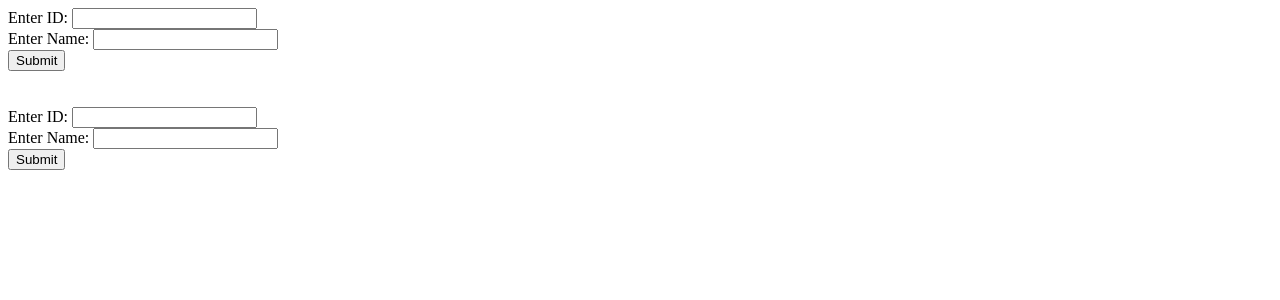
Repository: gobsyats/SpringBootWebJPA
Page: http://localhost/SpringBootJPA/home.jsp
The author's editor kept a copy of each file at every save. The page is drawn from the files as they stood at one save, then again after a run of saves.
The browser window is 1280 px wide. The pictures show the whole page.
The page is served by Tomcat 9.

Above is the page before, as saved 2020-02-14 06:33:26.

After the next 2 saves:
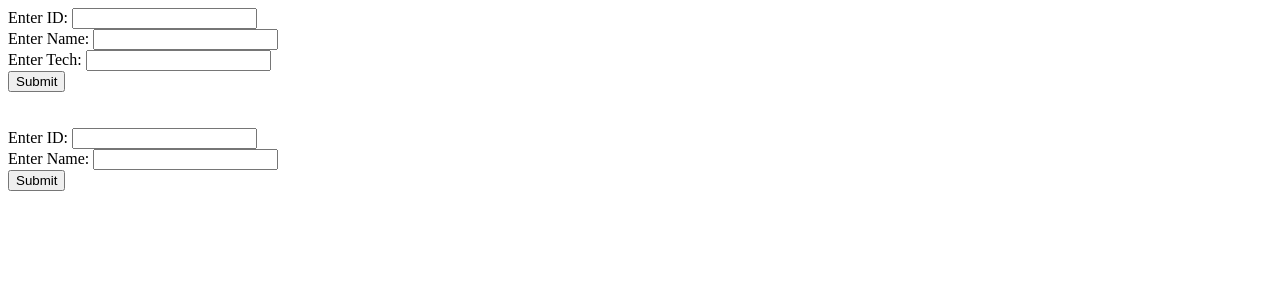
The 2 saves are shown as one change because they came seconds apart.
The last was saved 23 s later.
--- a/SpringBootJPA/src/main/webapp/home.jsp
+++ b/SpringBootJPA/src/main/webapp/home.jsp
@@ -10,6 +10,7 @@
 	<form action = "addAlien">
 		Enter ID: <input type = "text" name = "aid"><br>
 		Enter Name: <input type = "text" name = "aname"><br>
+		Enter Tech: <input type = "text" name = "aname"><br>
 		<input type = "submit"><br>
 	</form>
 	<br><br>
